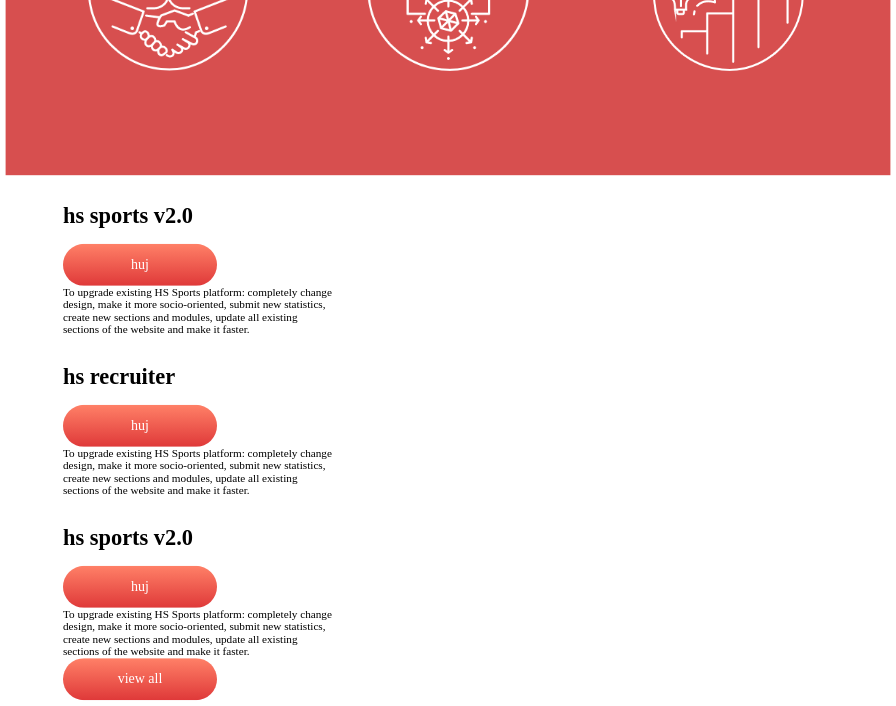
Repository: batonAnton/Ukiepro_girl
Page: MainPage.html
An editor plug-in stored every save of this project. The page is shown before and after the next save, followed by the edit.
The browser window is 1280 px wide. The pictures show the part of the page from y = 3336 to 5256 px (the page is 4344 px tall before and 5588 px after), at 70% of full size.

Above is the page before, as saved 2020-03-26 18:37:02.

After the next save:
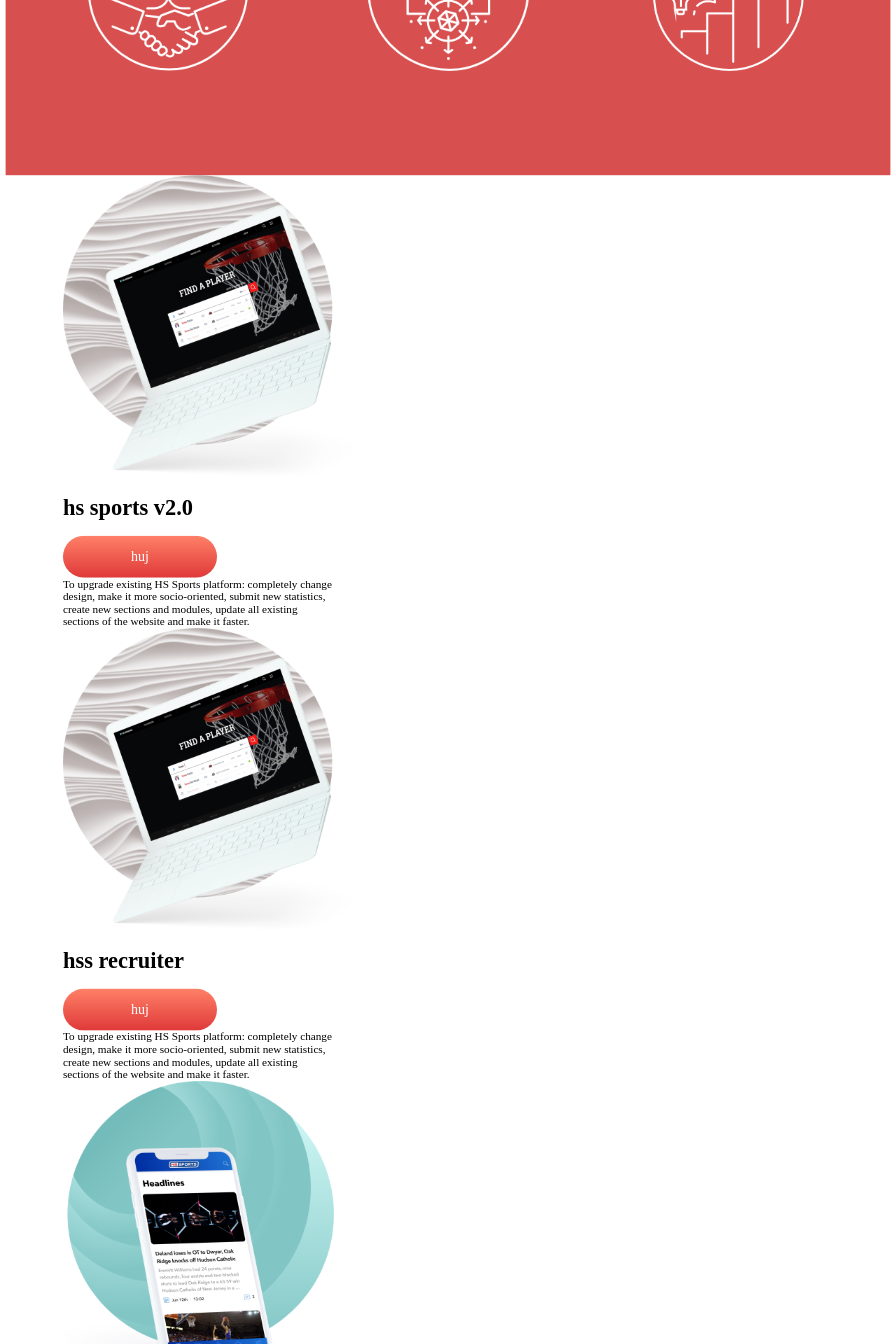
Saved 5 min 2 s later.
--- a/MainPage.html
+++ b/MainPage.html
@@ -123,7 +123,7 @@
 
       <div class="container block3">
         <div class="block3_same_block">
-          <img src="" alt="" />
+          <img src="./img/block3_2.png" alt="" />
           <h1>hs sports v2.0</h1>
           <button>huj</button>
           <p>
@@ -135,8 +135,8 @@
         </div>
 
         <div class="block3_same_block">
-          <img src="" alt="" />
-          <h1>hs recruiter</h1>
+          <img src="./img/block3_2.png" alt="" />
+          <h1>hss recruiter</h1>
           <button>huj</button>
           <p>
             To upgrade existing HS Sports platform: completely change <br />
@@ -147,8 +147,8 @@
         </div>
 
         <div class="block3_same_block">
-          <img src="" alt="" />
-          <h1>hs sports v2.0</h1>
+          <img src="./img/block3_3.png" alt="" />
+          <h1>hs sport app</h1>
           <button>huj</button>
           <p>
             To upgrade existing HS Sports platform: completely change <br />
